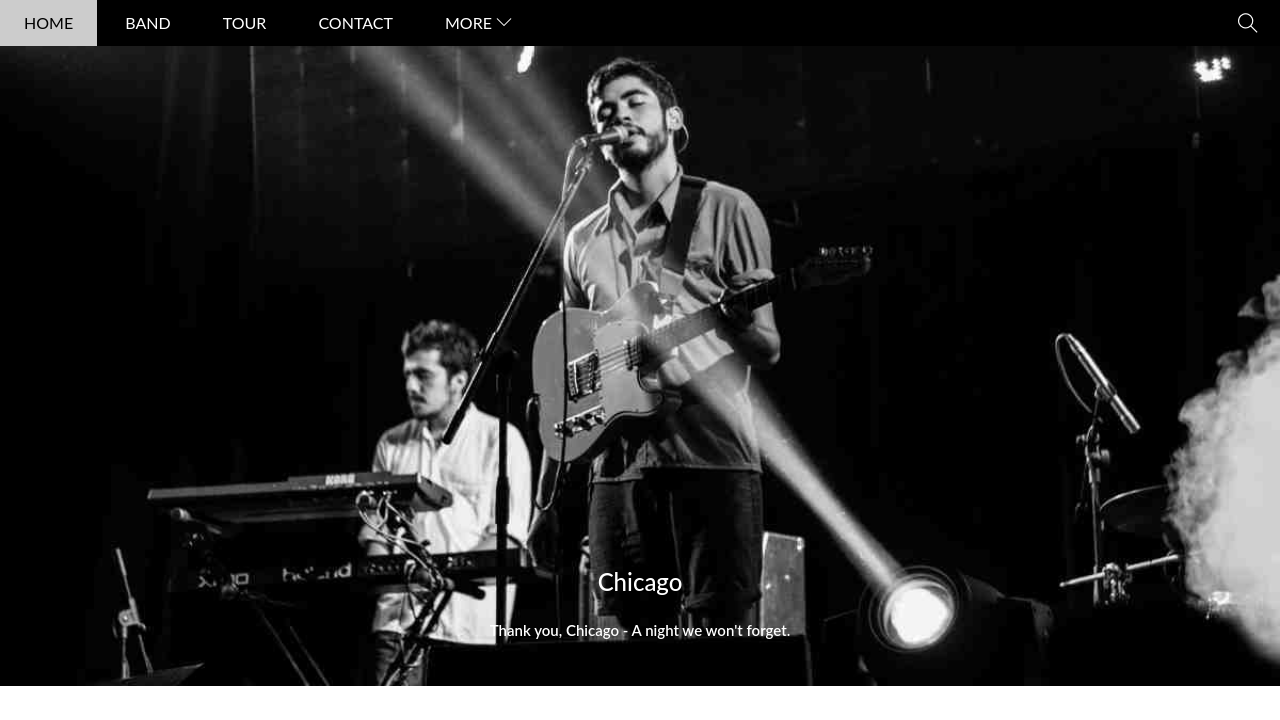
Repository: tatvanhco/web-dau-tay
Page: index.html
The author's editor kept a copy of each file at every save. The page is drawn from the files as they stood at one save, then again after the next save.
The browser window is 1280 px wide. The pictures show the whole page.

Above is the page before, as saved 2022-01-23 18:13:23.

After the next save:
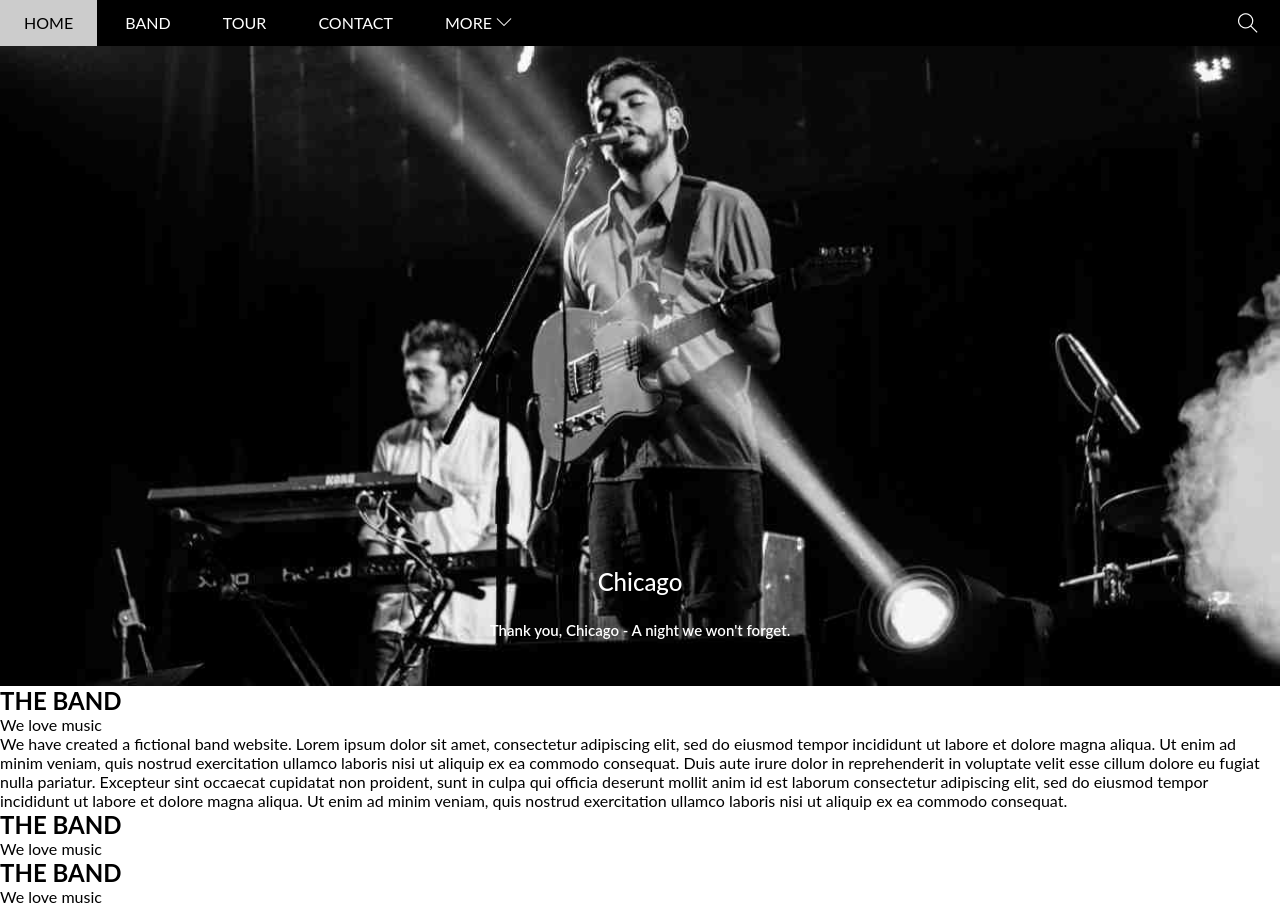
Saved 1 s later.
--- a/index.html
+++ b/index.html
@@ -42,7 +42,26 @@
             </div>
         </div>
         <div id="content">
+            <div class="content-section">
+                <h2 class="section-heading">THE BAND</h2>
+                <p class="section-sub-heading">We love music</p>
+                <p class="about">
+                    We have created a fictional band website. Lorem ipsum dolor sit amet, consectetur adipiscing elit, sed do eiusmod tempor incididunt ut labore et dolore magna aliqua. Ut enim ad minim veniam, quis nostrud exercitation ullamco laboris nisi ut aliquip ex ea commodo consequat. Duis aute irure dolor in reprehenderit in voluptate velit esse cillum dolore eu fugiat nulla pariatur. Excepteur sint occaecat cupidatat non proident, sunt in culpa qui officia deserunt mollit anim id est laborum consectetur adipiscing elit, sed do eiusmod tempor incididunt ut labore et dolore magna aliqua. Ut enim ad minim veniam, quis nostrud exercitation ullamco laboris nisi ut aliquip ex ea commodo consequat.
+                </p>
+                <div class="team">
 
+                </div>
+            </div>
+
+            <div class="content-section">
+                <h2 class="section-heading">THE BAND</h2>
+                <p class="section-sub-heading">We love music</p>
+            </div>
+
+            <div class="content-section">
+                <h2 class="section-heading">THE BAND</h2>
+                <p class="section-sub-heading">We love music</p>
+            </div>
         </div>
         <div id="footer">
 
